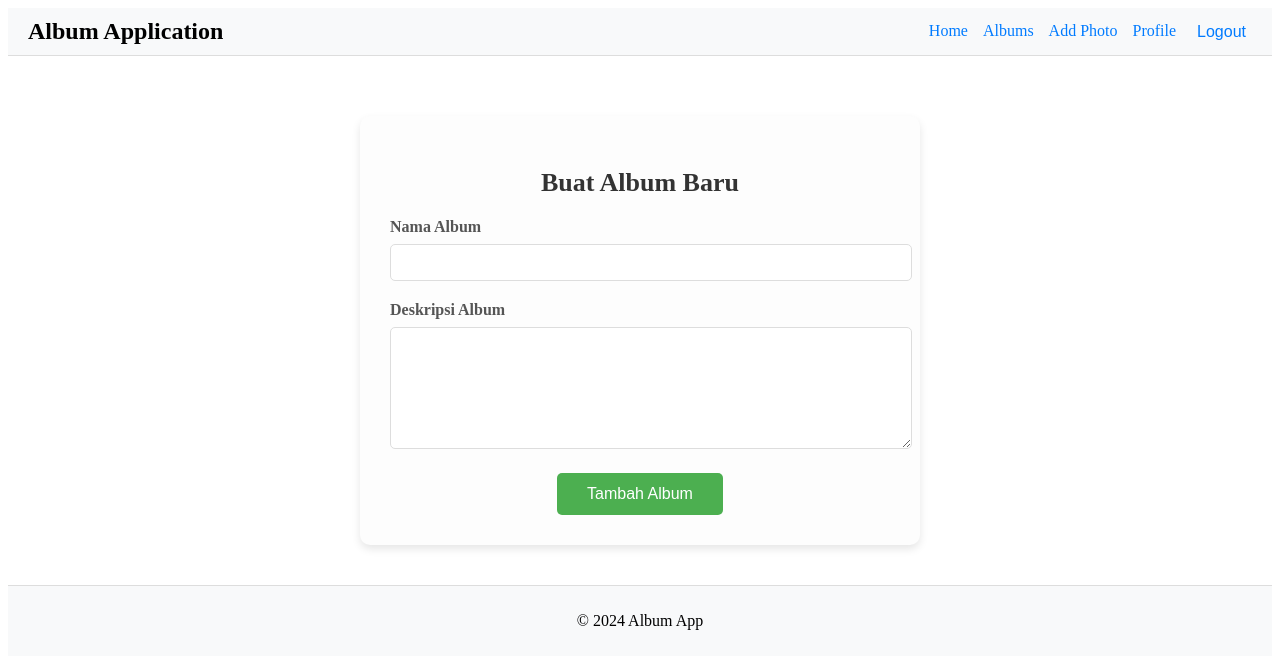
Repository: daffa-alif/snapgram
Page: http://localhost/albums/create
The author's editor kept a copy of each file at every save. The page is drawn from the files as they stood at one save, then again after the next save.
The browser window is 1280 px wide. The pictures show the whole page.
The page is served by the project's Laravel application, run on PHP 8.4 with Laravel 12. A made-up administrator, Test User (test@example.com), is signed in. Other server files are loaded and not shown.

Above is the page before, as saved 2024-10-29 13:49:11.

### routes/web.php
<?php

use Illuminate\Support\Facades\Route;
use App\Http\Controllers\{
    AuthController,
    HomeController,
    AlbumController,
    PhotoController,
    ProfileController,
};

// Redirect root URL to login
Route::redirect('/', '/auth/login');

// Authentication routes
Route::controller(AuthController::class)->group(function () {

    Route::get('auth/login', 'showLoginForm')->name('login')->middleware('guest');
    Route::post('auth/postLogin', 'postLogin')->name('postLogin');
    Route::post('logout', 'logout')->name('logout');
    Route::get('auth/register', 'showRegistrationForm')->name('register.form');
    Route::post('auth/register', 'register')->name('register');

   // Routes that require authentication
Route::middleware('auth')->group(function () {
    // Home route
    Route::get('/home', [HomeController::class, 'index'])->name('home');
    // Album resource routes
    Route::resource('albums', AlbumController::class);
    // Photo routes
    Route::resource('photos', PhotoController::class);
    Route::get('/albums/{album}/photos', [PhotoController::class, 'index'])
        ->name('albums.photos');
    Route::post('photos/{photo}/like/', [PhotoController::class, 'like'])
        ->name('photos.like');
    Route::get('/photos/{photo}/comments', [PhotoController::class, 'showComments'])
        ->name('photos.comments');
    Route::post('/photos/{photo}/comments', [PhotoController::class, 'storeComment'])
        ->name('photos.comment.store');

        Route::get('/profile', [ProfileController::class, 'index'])->name('profile.index');
        Route::put('/profile', [ProfileController::class, 'update'])->name('profile.update');
    });
});

### app/Models/User.php
<?php

namespace App\Models;

// use Illuminate\Contracts\Auth\MustVerifyEmail;
use Illuminate\Database\Eloquent\Factories\HasFactory;
use Illuminate\Foundation\Auth\User as Authenticatable;
use Illuminate\Notifications\Notifiable;

class User extends Authenticatable
{
    use HasFactory, Notifiable;

    /**
     * The attributes that are mass assignable.
     *
     * @var array<int, string>
     */
    protected $fillable = [
        'username',
        'email',
        'password',
        'namaLengkap',
        'alamat',
    ];

    protected $primaryKey = 'userID';
    /**
     * The attributes that should be hidden for serialization.
     *
     * @var array<int, string>
     */
    protected $hidden = [
        'password',
        'remember_token',
    ];

    /**
     * Get the attributes that should be cast.
     *
     * @return array<string, string>
     */
    protected function casts(): array
    {
        return [
            'email_verified_at' => 'datetime',
            'password' => 'hashed',
        ];
    }
}

### app/Http/Controllers/AlbumController.php
<?php

namespace App\Http\Controllers;

use Illuminate\Http\Request;
use App\Models\Album; // Import the Album model
use Illuminate\Support\Facades\Auth; // Import the Auth facade

class AlbumController extends Controller
{
    /**
     * Display a listing of the resource.
     */
    public function index()
    {
        // Fetch albums created by the authenticated user
        $albums = Album::where('userID', Auth::id())->get();
        return view('albums.index', compact('albums'));
    }

    /**
     * Show the form for creating a new resource.
     */
    public function create()
    {
        return view('albums.create');
    }

    /**
     * Store a newly created resource in storage.
     */
    public function store(Request $request)
    {
        // Validate the request data
        $request->validate([
            'namaAlbum' => 'required|max:255',
            'deskripsi' => 'required|max:150',
        ]);

        // Create a new album associated with the authenticated user
        Album::create([
            'namaAlbum' => $request->input('namaAlbum'),
            'deskripsi' => $request->input('deskripsi'),
            'tanggalDibuat' => now(),
            'userID' => Auth::id(),
        ]);

        // Redirect back to the album list with a success message
        return redirect()->route('albums.index')->with('success', 'Album created successfully.');
    }

    /**
     * Display the specified resource.
     */
    public function show($id)
    {
        // Find the album by ID and ensure it belongs to the current user
        $album = Album::where('userID', Auth::id())->findOrFail($id);
        return view('albums.show', compact('album'));
    }

    /**
     * Show the form for editing the specified resource.
     */
    public function edit($id)
    {
        // Find the album by ID and ensure it belongs to the current user
        $album = Album::where('userID', Auth::id())->findOrFail($id);
        return view('albums.edit', compact('album'));
    }

    /**
     * Update the specified resource in storage.
     */
    public function update(Request $request, $id)
    {
        // Validate the updated album data
        $request->validate([
            'namaAlbum' => 'required|max:255',
            'deskripsi' => 'required|max:150',
        ]);

        // Find the album and ensure it belongs to the current user
        $album = Album::where('userID', Auth::id())->findOrFail($id);

        // Update the album with new data
        $album->update([
            'namaAlbum' => $request->input('namaAlbum'),
            'deskripsi' => $request->input('deskripsi'),
        ]);

        // Redirect back to the album list with a success message
        return redirect()->route('albums.index')->with('success', 'Album updated successfully.');
    }

    /**
     * Remove the specified resource from storage.
     */
    public function destroy($id)
    {
        // Find the album and ensure it belongs to the current user
        $album = Album::where('userID', Auth::id())->findOrFail($id);

        // Delete the album
        $album->delete();

        // Redirect back to the album list with a success message
        return redirect()->route('albums.index')->with('success', 'Album deleted successfully.');
    }
}

### resources/views/albums/create.blade.php
@extends('layouts.app')

@section('title', 'Create Album')

@section('content')

    <div style="display: flex; justify-content: center; margin-top: 40px;">
        <div style="width: 100%; max-width: 500px; background-color: #fdfdfd; padding: 30px; border-radius: 10px; box-shadow: 0 4px 8px rgba(0, 0, 0, 0.1);">
            <h2 style="font-size: 26px; margin-bottom: 20px; text-align: center; color: #333;">Buat Album Baru</h2>

            <form action="{{ route('albums.store') }}" method="POST">
                @csrf

                <div style="margin-bottom: 20px;">
                    <label for="namaAlbum" style="display: block; font-weight: 600; margin-bottom: 8px; color: #555;">Nama Album</label>
                    <input type="text" name="namaAlbum" required style="width: 100%; padding: 10px; border: 1px solid #ddd; border-radius: 5px;">
                </div>

                <div style="margin-bottom: 20px;">
                    <label for="deskripsi" style="display: block; font-weight: 600; margin-bottom: 8px; color: #555;">Deskripsi Album</label>
                    <textarea name="deskripsi" required maxlength="150" style="width: 100%; padding: 10px; border: 1px solid #ddd; border-radius: 5px; height: 100px; resize: vertical;"></textarea>
                </div>

                <div style="text-align: center;">
                    <button type="submit" style="background-color: #4CAF50; color: white; padding: 12px 30px; border: none; border-radius: 5px; font-size: 16px; cursor: pointer;">Tambah Album</button>
                </div>
            </form>
        </div>
    </div>

@endsection

### resources/views/layouts/app.blade.php
<!DOCTYPE html>
<html lang="en">
<head>
    <meta charset="UTF-8">
    <meta name="viewport" content="width=device-width, initial-scale=1.0">
    <meta http-equiv="X-UA-Compatible" content="ie=edge">
    <title>@yield('title', 'Album App')</title>
    <style>
        /* Basic Flexbox Styles for Navbar */
        header {
            display: flex;
            justify-content: space-between;
            align-items: center;
            padding: 10px 20px;
            background-color: #f8f9fa;
            border-bottom: 1px solid #ddd;
        }

        header h1 {
            margin: 0;
            font-size: 24px;
        }

        nav ul {
            list-style: none;
            display: flex;
            gap: 15px;
            margin: 0;
            padding: 0;
        }

        nav ul li {
            margin: 0;
        }

        nav ul li a,
        nav ul li form button {
            text-decoration: none;
            color: #007BFF;
            background: none;
            border: none;
            cursor: pointer;
            font-size: 16px;
        }

        nav ul li form button:hover,
        nav ul li a:hover {
            text-decoration: underline;
        }

        main {
            padding: 20px;
        }

        footer {
            text-align: center;
            padding: 10px;
            background-color: #f8f9fa;
            border-top: 1px solid #ddd;
            margin-top: 20px;
        }
    </style>
</head>
<body>

    <!-- Header -->
    <header>
        <h1>Album Application</h1>
        @section('header')
            <nav>
                <ul>
                    <li><a href="{{ route('home') }}">Home</a></li>
                    <li><a href="{{ route('albums.index') }}">Albums</a></li>
                    <li><a href="{{ route('photos.create') }}">Add Photo</a></li>
                    <li><a href="{{ route('profile.index') }}">Profile</a></li>
                    <li>
                        <form action="{{ route('logout') }}" method="POST">
                            @csrf
                            <button type="submit">Logout</button>
                        </form>
                    </li>
                </ul>
            </nav>
        @show
    </header>

    <!-- Content Section -->
    <main>
        @yield('content')
    </main>

    <!-- Footer -->
    <footer>
        @section('footer')
            <p>&copy; 2024 Album App</p>
        @show
    </footer>

</body>
</html>

Loaded but not shown: app/Http/Controllers/Controller.php (common file)

After the next save:
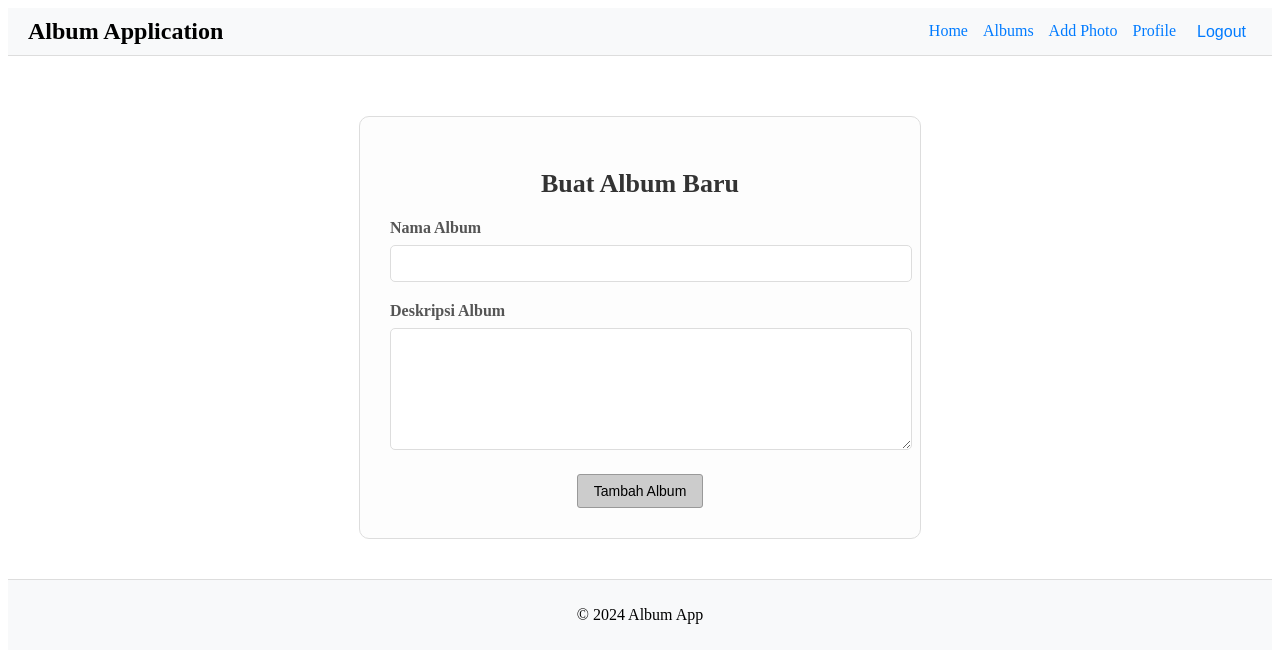
Saved 37 s later.
--- a/resources/views/albums/create.blade.php
+++ b/resources/views/albums/create.blade.php
@@ -5,7 +5,7 @@
 @section('content')
 
     <div style="display: flex; justify-content: center; margin-top: 40px;">
-        <div style="width: 100%; max-width: 500px; background-color: #fdfdfd; padding: 30px; border-radius: 10px; box-shadow: 0 4px 8px rgba(0, 0, 0, 0.1);">
+        <div style="width: 100%; max-width: 500px; background-color: #fdfdfd; padding: 30px; border-radius: 10px; border: 1px solid #ddd;">
             <h2 style="font-size: 26px; margin-bottom: 20px; text-align: center; color: #333;">Buat Album Baru</h2>
 
             <form action="{{ route('albums.store') }}" method="POST">
@@ -22,7 +22,7 @@
                 </div>
 
                 <div style="text-align: center;">
-                    <button type="submit" style="background-color: #4CAF50; color: white; padding: 12px 30px; border: none; border-radius: 5px; font-size: 16px; cursor: pointer;">Tambah Album</button>
+                    <button type="submit" style="padding: 8px 16px; font-size: 14px; background-color: #ccc; border: 1px solid #999; border-radius: 3px; cursor: pointer;">Tambah Album</button>
                 </div>
             </form>
         </div>
